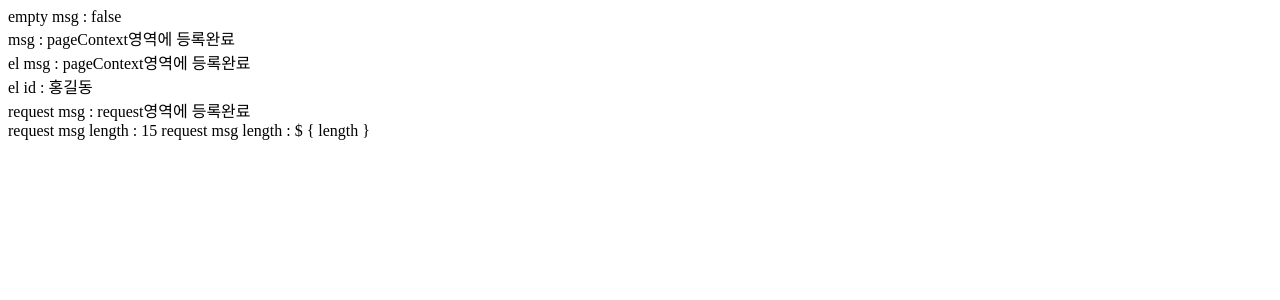
Repository: sunnny10/web-workspace
Page: http://localhost/Lecture-Web/jsp/el/exam03.jsp
An editor plug-in stored every save of this project. The page is shown before and after the next save, followed by the edit.
The browser window is 1280 px wide. The pictures show the whole page.
The page is served by Tomcat 9.

Above is the page before, as saved 2022-06-07 02:28:34.

After the next save:
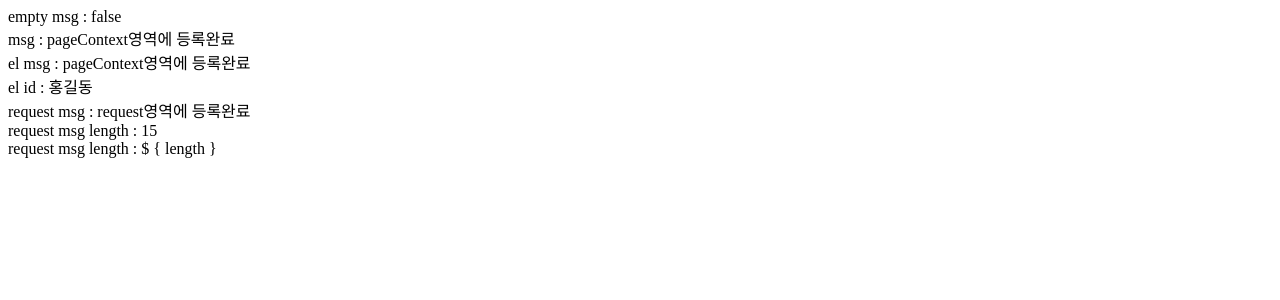
Saved 9 s later.
--- a/Lecture-Web/src/main/webapp/jsp/el/exam03.jsp
+++ b/Lecture-Web/src/main/webapp/jsp/el/exam03.jsp
@@ -33,7 +33,7 @@
 					<!-- el로 뽑아낸 것은 자바 객체가 아니다 스트링 객체 이런게 아니기 때문에 length 못 씀 그래서 공유영역에 따로 저장해놔야 한다-->
 	request msg : ${ requestScope.msg }<br>
 							<!-- 형변환 시켜줘야 length 알 수 있음 -->
-	request msg length : <%= ((String)request.getAttribute("msg")).length() %>
+	request msg length : <%= ((String)request.getAttribute("msg")).length() %><br>
 	request msg length : $ { length }<br>
 </body>
 </html>
